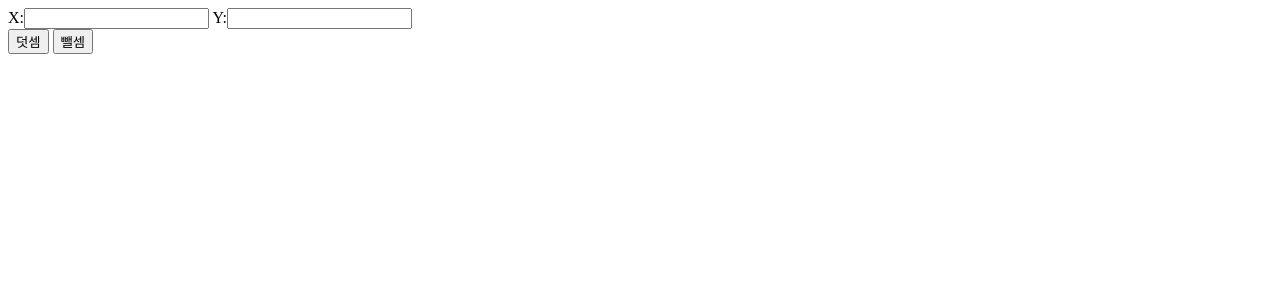
Repository: Doyoung-Park/JSP_Servlet
Page: workspace/JSPPrj/src/main/webapp/add2.html
The author's editor kept a copy of each file at every save. The page is drawn from the files as they stood at one save, then again after the next save.
The browser window is 1280 px wide. The pictures show the whole page.

Above is the page before, as saved 2022-01-13 14:36:00.

### workspace/JSPPrj/src/main/webapp/add2.html
<!DOCTYPE html>
<html>
<head>
<meta charset="UTF-8">
<title>Insert title here</title>
</head>
<body>
	<div>
		<form action="add2" method="post">

		 	<div>
		 		X:<input type="text" name="X"/>	<!--  name tag를 단 input msg -->
		 		Y:<input type="text" name="Y"/>
		 		<div>
		 			<input type="submit" name="operator" value="덧셈"/>
		 			<input type="submit" name="operator" value="뺄셈"/>
		 		</div>
		 	</div>


		 </form>
	</div>

</body>
</html>

After the next save:
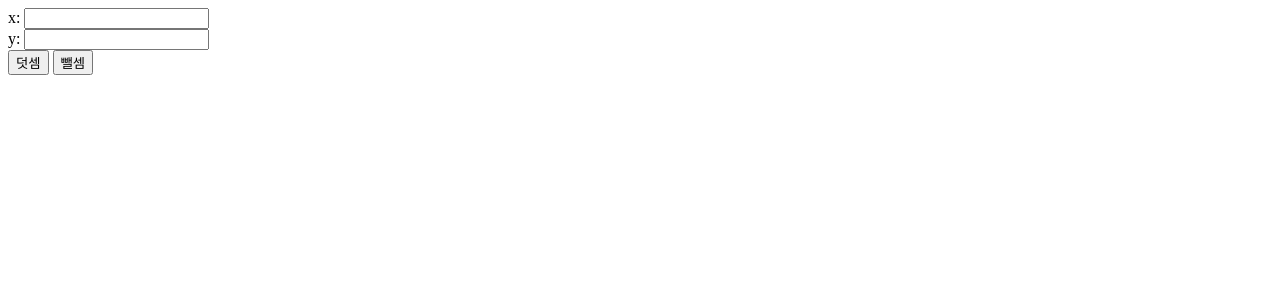
Saved 84 s later.
--- a/workspace/JSPPrj/src/main/webapp/add2.html
+++ b/workspace/JSPPrj/src/main/webapp/add2.html
@@ -9,12 +9,17 @@
 		<form action="add2" method="post">
 
 		 	<div>
-		 		X:<input type="text" name="X"/>	<!--  name tag를 단 input msg -->
-		 		Y:<input type="text" name="Y"/>
-		 		<div>
+		 		<label>x: </label>
+		 		<input type="text" name="X"/>	<!--  name tag를 단 input msg -->
+		 	</div>
+		 	<div>
+		 		<label>y: </label>
+		 		<input type="text" name="Y"/>
+		 	</div>
+		 	<div>
 		 			<input type="submit" name="operator" value="덧셈"/>
 		 			<input type="submit" name="operator" value="뺄셈"/>
-		 		</div>
+		 	</div>
 		 	</div>
 
 
